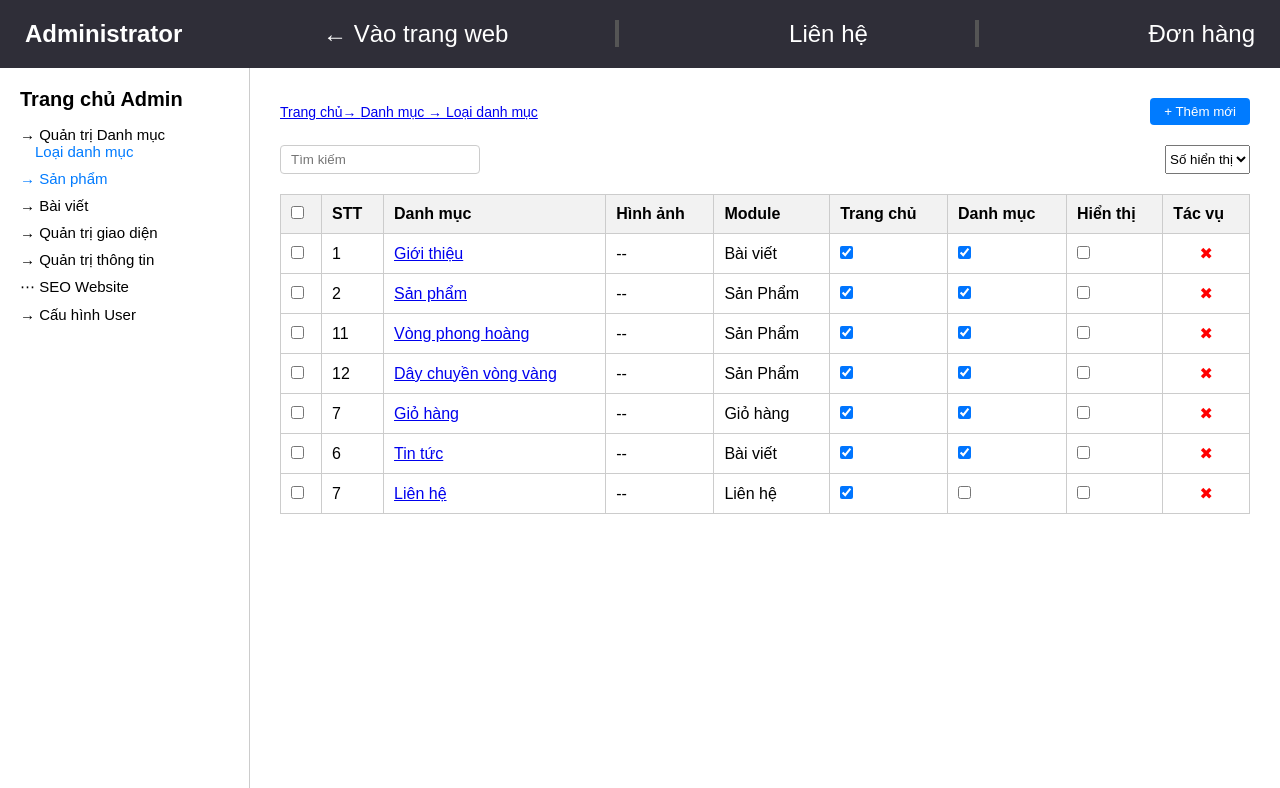
Repository: TranTanDat0606/Du-An-1
Page: Admin]/admin.html
These files come from the project's save history. The page is drawn as it stood at one moment and after the next save; the edit follows.
The browser window is 1280 px wide. The pictures show the whole page.

Above is the page before, as saved 2025-07-30 15:56:42.

After the next save:
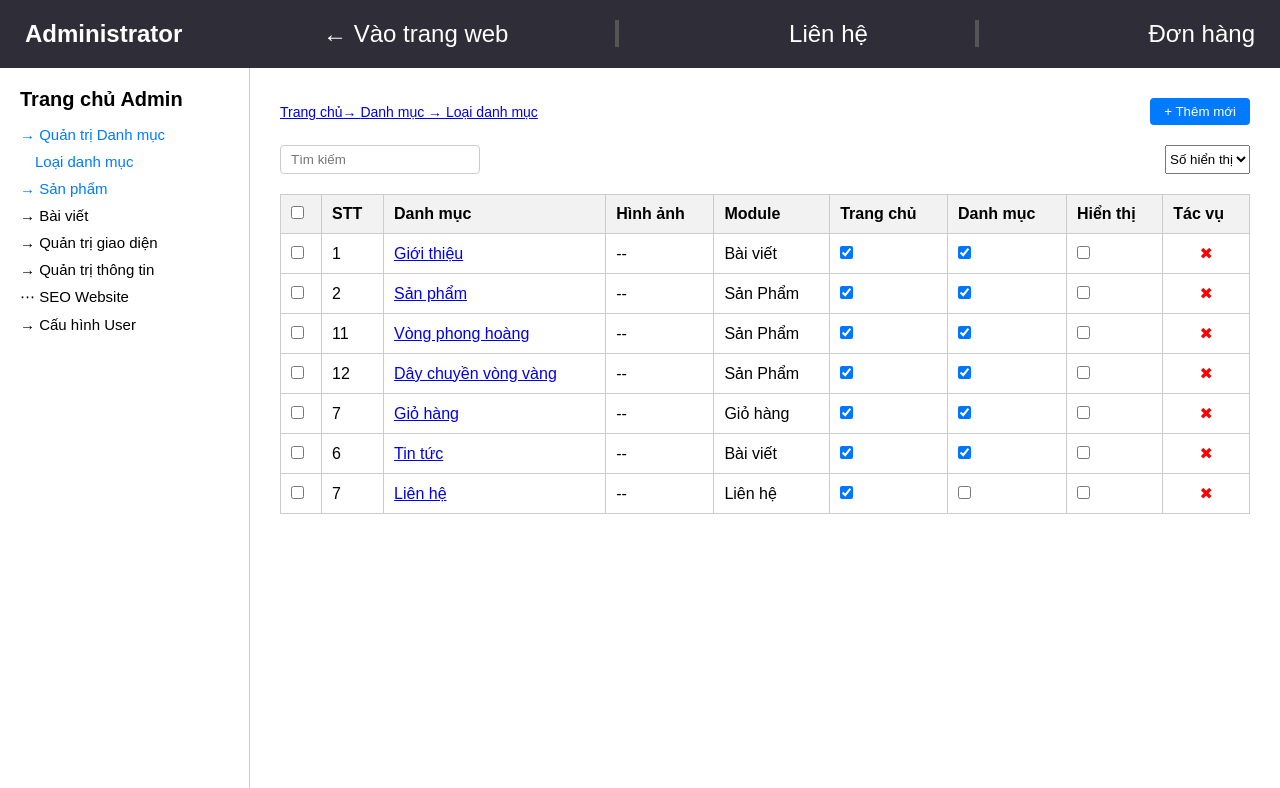
Saved 4 s later.
--- a/Admin]/admin.html
+++ b/Admin]/admin.html
@@ -18,7 +18,7 @@
     <aside class="sidebar">
     <h2>Trang chủ Admin</h2>
     <ul>
-        <a href=""></a><li>→ Quản trị Danh mục
+        <a href="#"><li>→ Quản trị Danh mục</li></a>
     <ul class="submenu">
             <li><a href="#">Loại danh mục</a></li>
     </ul>
